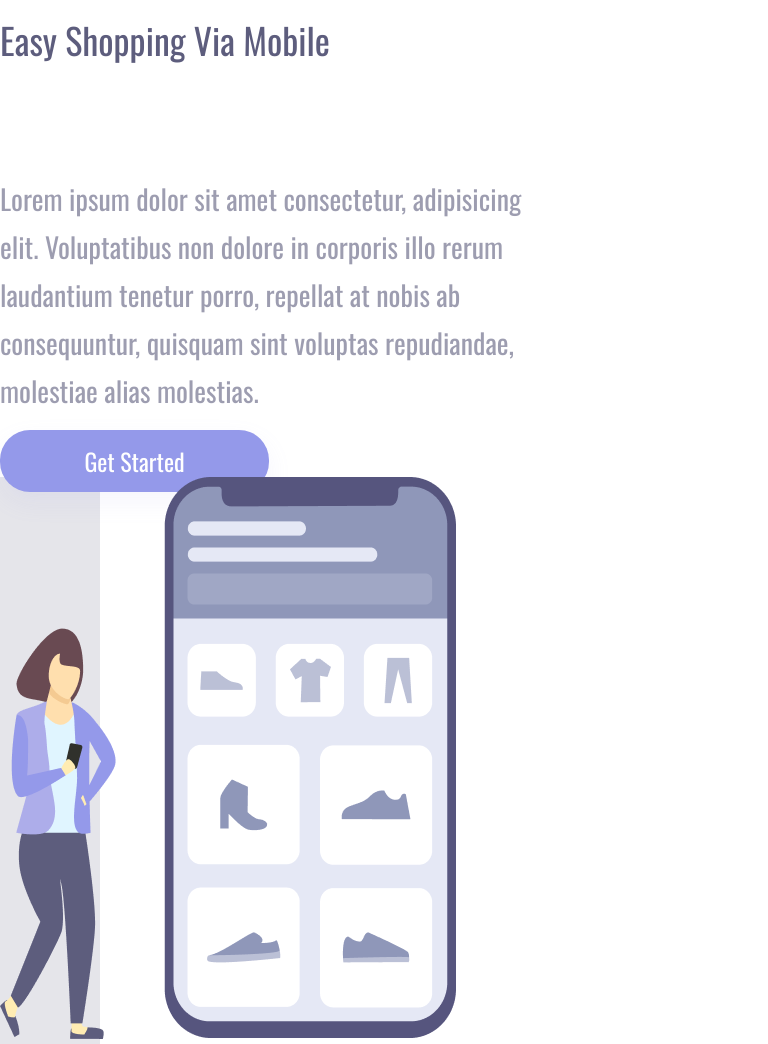
Repository: DihOliver/Projeto-Responsivo
Page: index.html
An editor plug-in stored every save of this project. The page is shown before and after the next save, followed by the edit.
The browser window is 768 px wide. The pictures show the whole page.
Some web fonts or font styles are not loaded; a fallback is used.

Above is the page before, as saved 2023-06-14 18:33:21.

### index.html
<!DOCTYPE html>
<html lang="en">
  <head>
    <meta charset="UTF-8" />
    <meta http-equiv="X-UA-Compatible" content="IE=edge" />
    <meta name="viewport" content="width=device-width, initial-scale=1.0" />
    <link rel="stylesheet" href="./styles.css" />
    <link rel="preconnect" href="https://fonts.googleapis.com" />
    <link rel="preconnect" href="https://fonts.gstatic.com" crossorigin />
    <link
      href="https://fonts.googleapis.com/css2?family=Montserrat:ital,wght@0,500;0,600;0,700;0,900;1,400&family=Oswald&family=Poppins:wght@400;500;700&family=Roboto:wght@400;500;700&family=Tilt+Prism&display=swap"
      rel="stylesheet"
    />
    <title>Css - Responsividade</title>
  </head>
  <body>
    <div class="wrapper">
      <section class="container-left">
        <h1>Easy Shopping Via Mobile</h1>
        <p>
          Lorem ipsum dolor sit amet consectetur, adipisicing elit. Voluptatibus
          non dolore in corporis illo rerum laudantium tenetur porro, repellat
          at nobis ab consequuntur, quisquam sint voluptas repudiandae,
          molestiae alias molestias.
        </p>
        <button>Get Started</button>
      </section>
      <section class="container-rigth">
        <header>
          <a>Home</a>
          <a>Work</a>
          <a>About</a>
          <a>Contact</a>
        </header>
        <img alt="Girl=cellphone.png" src="./img/girl-cellphone.png" />
      </section>
    </div>
  </body>
</html>

### styles.css
*{
    margin: 0;
    padding: 0;
    box-sizing: border-box;
    font-family: 'Oswald', sans-serif;
    font-weight: 400;
}

.wrapper {
    height: 100vh;
    width: 100vw;

}

.container-left {
    display: inline-block;
    width: 60%;
    padding: 136px;
    margin-top: 25%;


}


.container-rigth {
    display: inline-block;
    background-color: rgba(93,93,125,0.16);
    height: 100vh;
    position: absolute;
    width: 540px;
    width: 40%;


}

img {
    position: relative;
    top: 25%;
    right: 130px;
}

h1 {
    font-weight: 0px;
    font-size: 70px;
    line-height: 80px;
    color: #5D5D7D;
    width: 368px;
    height: 160px;
    width: 368px;


}

p {
    font-size: 28px;
    line-height: 48px;
    color: #5D5D7D;
    opacity: 0.6;
    margin: 15px 0;
    width: 540px;

}

button {
    width: 269px;
    height: 62px;
    background: #9499EA;
    font-size: 24px;
    line-height: 36px;
    text-align: center;
    box-shadow: 0px 10px 24px rgba(148, 153, 234, 0.0979959);
    color: #FFFFFF;
    border: none;
    border-radius: 30px;
    cursor: pointer;
    }

    button:hover {
        opacity: .8;
    }

    button:active {
        opacity: .5;
    }

    a {
        font-size: 28px;
        line-height: 41px;
        color: #5D5D7D;
        margin: 41px;
        cursor: pointer;
    }

    a:nth-child(2) {
        opacity: 0.4;

    }

    a:hover {
        opacity: 0.4;
    }

    a:active {
        opacity: 0.8;
    }

    header {
        margin: 24px 0 0 57px;
    }

    @media screen and (max-width: 900px) {
        .container-left {
            width: 100%;
            height: 50%;
            padding: 0;
            margin: 0;
        }

        .container-rigth {
            display: block;
            height: auto;
            width: 100px;
            position: static;
        }

        img {
            position: static;
        }

        header {
            display: none;
        }

        h1 {
            font-size:36px;
        }
    }

After the next save:
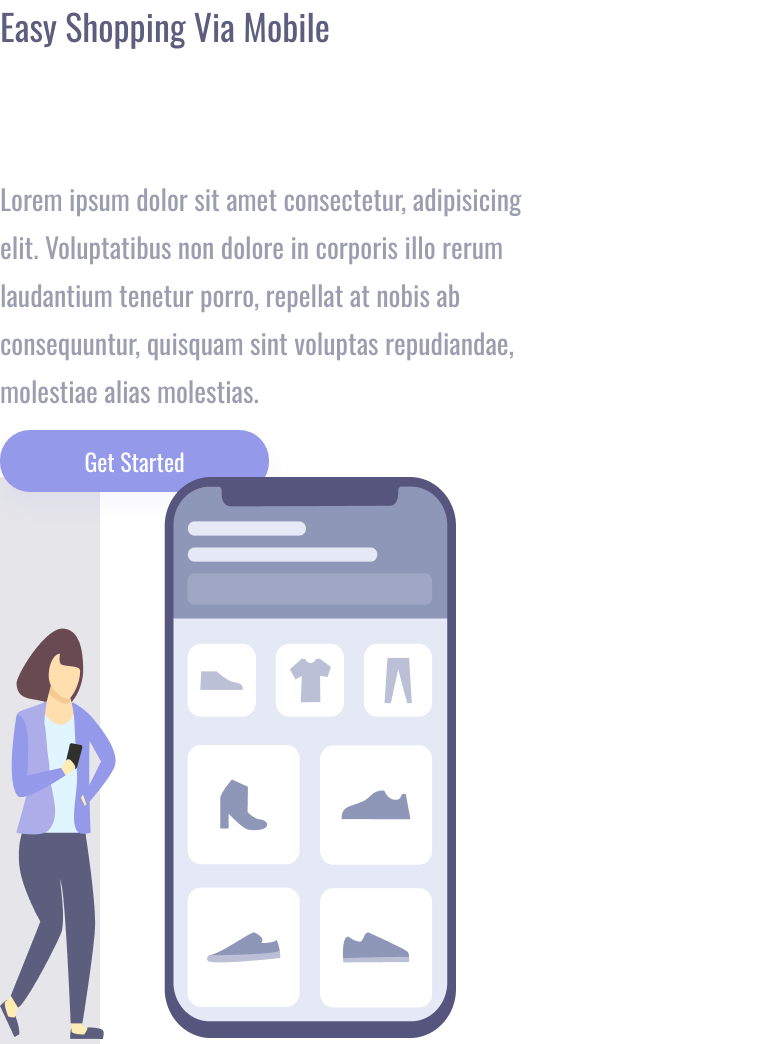
Saved 3 min 7 s later.
--- a/styles.css
+++ b/styles.css
@@ -133,5 +133,7 @@ button {
 
         h1 {
             font-size:36px;
+            line-height: 52px;
+            width: auto;
         }
     }
